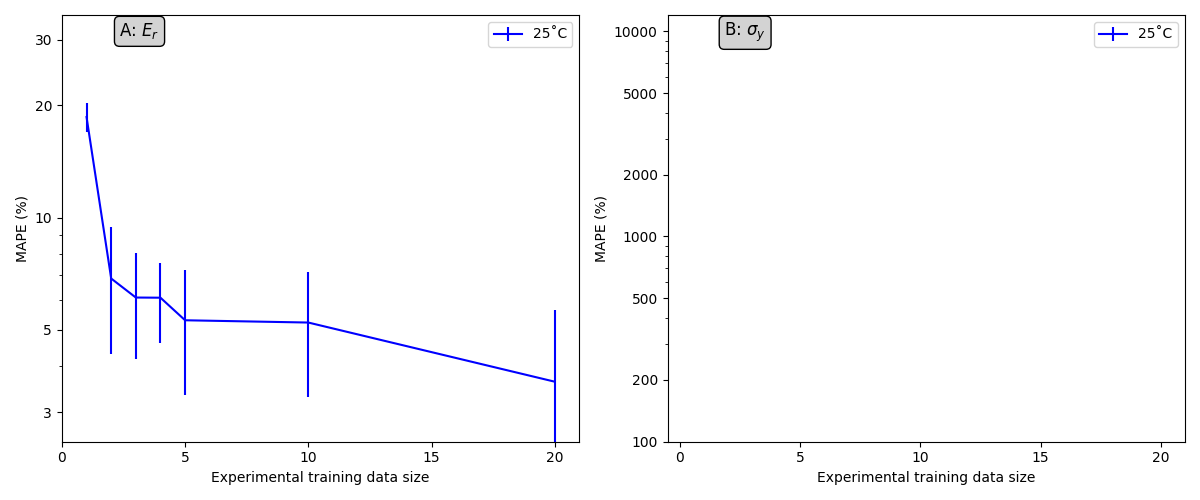
Repository: JoeSpencer1/temperature-dependant
Script's output: python src/figures.py
An editor plug-in stored every save of this project. The script's output is shown before and after the next save, followed by the edit.
Random numbers start from a fixed seed.

Above is the script's output before, as saved 2023-10-29 11:29:54.

### src/figures.py
import numpy as np
import matplotlib.pyplot as plt

n = [1, 2, 3, 4, 5, 10, 20]
n1 = n
Ti25E = [18.619205, 6.8593493, 6.0983825, 6.091887, 5.298505, 5.2244196, 3.6239312]
εTi25E = [1.6743975, 2.5646875, 1.9379541, 1.4813129, 1.9537387, 1.9212662, 2.01604]
Ti25σ = [34.068943, 18.617916, 43.272, 23.271488, 21.895184, 19.204937, 34.49958]
εTi25σ = [24.325975, 18.127224, 33.714092, 22.803173, 17.10482, 17.321714, 36.6192]

fig, (ax1, ax2) = plt.subplots(1, 2, figsize=(12, 5))
ax1.errorbar(n, Ti25E, yerr = εTi25E, color = 'blue', label = "25˚C")
ax1.set_yscale('log')
ax1.set_ylim([2.5, 35])
ax1.set_xlim([0, 21])
ax1.set_xticks([0, 5, 10, 15, 20])
ax1.set_yticks([3, 5, 10, 20, 30])
ax1.set_yticklabels([3, 5, 10, 20, 30])
ax1.legend()
ax1.set_ylabel("MAPE (%)")
ax1.set_xlabel("Experimental training data size")
ax1.annotate("A: $E_{r}$", xy=(0.15, 0.95), xycoords="axes fraction",
              fontsize=12, ha="center",
              bbox=dict(boxstyle="round,pad=0.3", edgecolor="black", facecolor="lightgray"))

ax2.errorbar(n1, Ti25σ, yerr = εTi25σ, color = 'blue', label = "25˚C")
ax2.set_yscale('log')
ax2.set_ylim([100, 12000])
ax2.set_xlim([-0.5, 21])
ax2.set_xticks([0, 5, 10, 15, 20])
ax2.set_yticks([100, 200, 500, 1000, 2000, 5000, 10000])
ax2.set_yticklabels([100, 200, 500, 1000, 2000, 5000, 10000])
ax2.legend()
ax2.set_ylabel("MAPE (%)")
ax2.set_xlabel("Experimental training data size")
plt.subplots_adjust(bottom=0.180)
fig.tight_layout()
ax2.annotate("B: $\sigma_{y}$", xy=(0.15, 0.95), xycoords="axes fraction",
              fontsize=12, ha="center",
              bbox=dict(boxstyle="round,pad=0.3", edgecolor="black", facecolor="lightgray"))
plt.savefig("/Users/Joe/Desktop/figure1.jpeg", dpi=800, bbox_inches="tight")
plt.show()

After the next save:
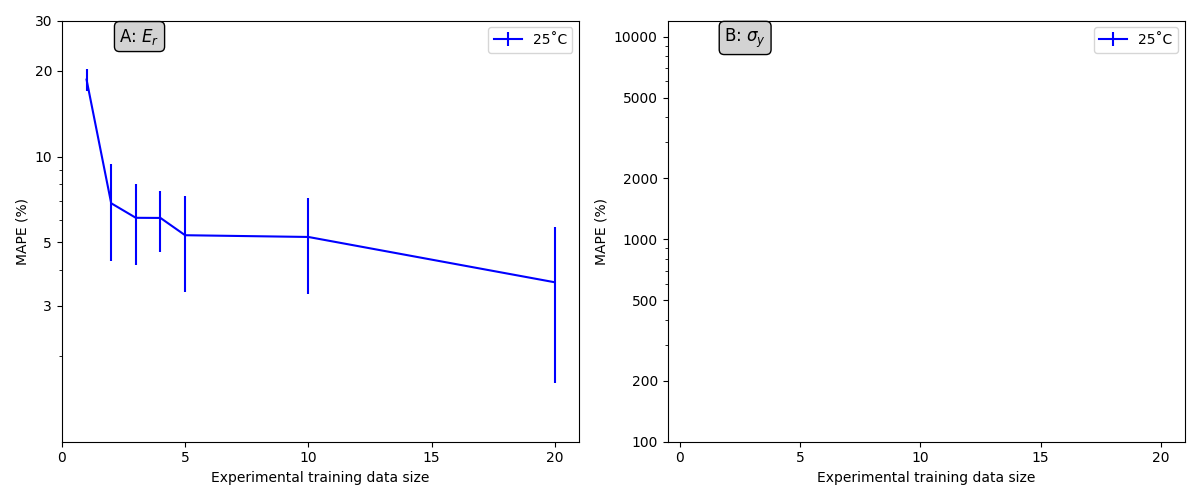
Saved 53 s later.
--- a/src/figures.py
+++ b/src/figures.py
@@ -11,7 +11,7 @@ Ti25σ = [34.068943, 18.617916, 43.272, 23.271488, 21.895184, 19.204937, 34.4995
 fig, (ax1, ax2) = plt.subplots(1, 2, figsize=(12, 5))
 ax1.errorbar(n, Ti25E, yerr = εTi25E, color = 'blue', label = "25˚C")
 ax1.set_yscale('log')
-ax1.set_ylim([2.5, 35])
+ax1.set_ylim([1, 25])
 ax1.set_xlim([0, 21])
 ax1.set_xticks([0, 5, 10, 15, 20])
 ax1.set_yticks([3, 5, 10, 20, 30])
